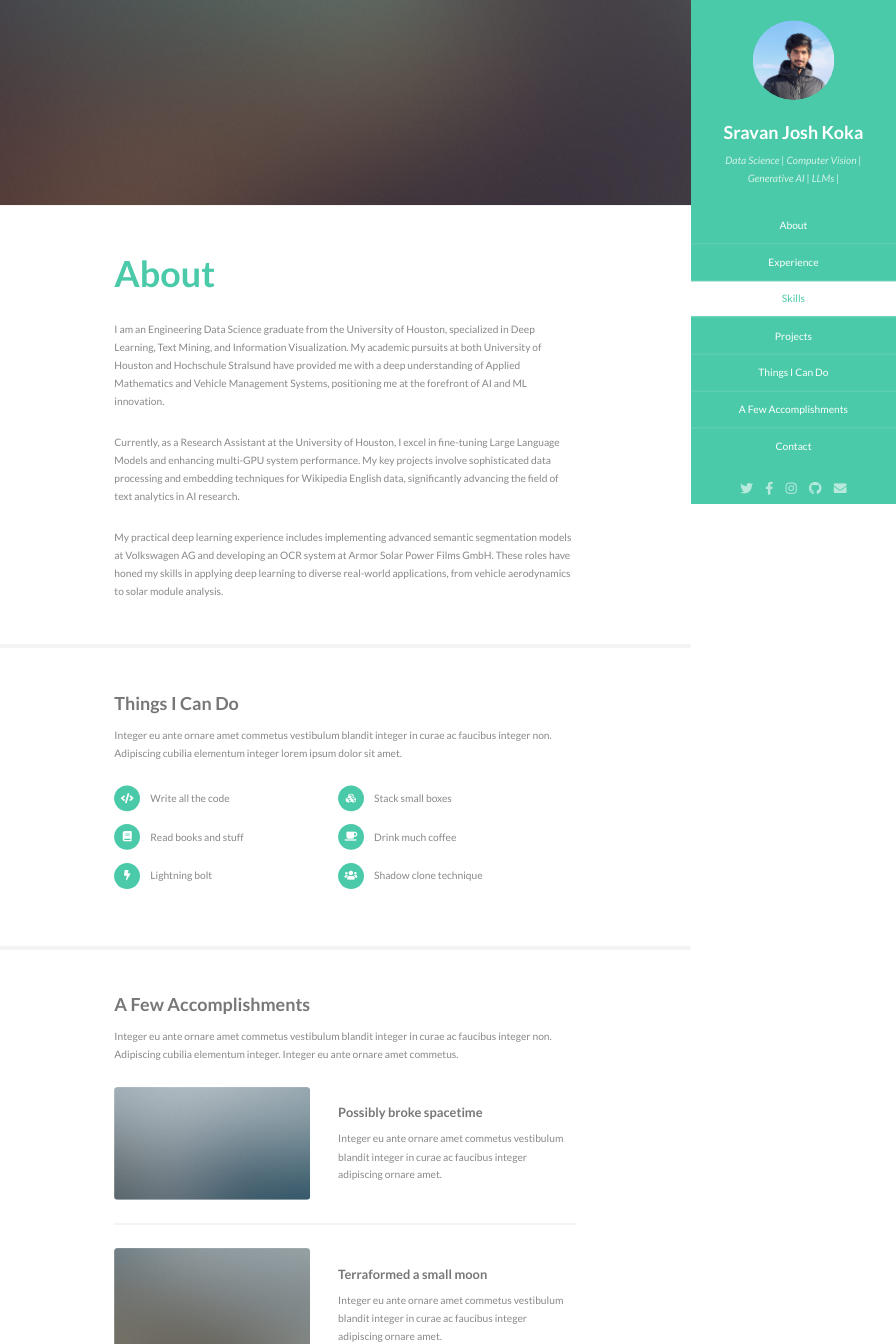
Repository: sravanjosh07/my_portfolio
Page: index.html
The author's editor kept a copy of each file at every save. The page is drawn from the files as they stood at one save, then again after the next save.
The browser window is 1280 px wide. The pictures show the part of the page from y = 0 to 1920 px (the page is 3005 px tall), at 70% of full size.

Above is the page before, as saved 2023-12-26 14:54:03.

After the next save:
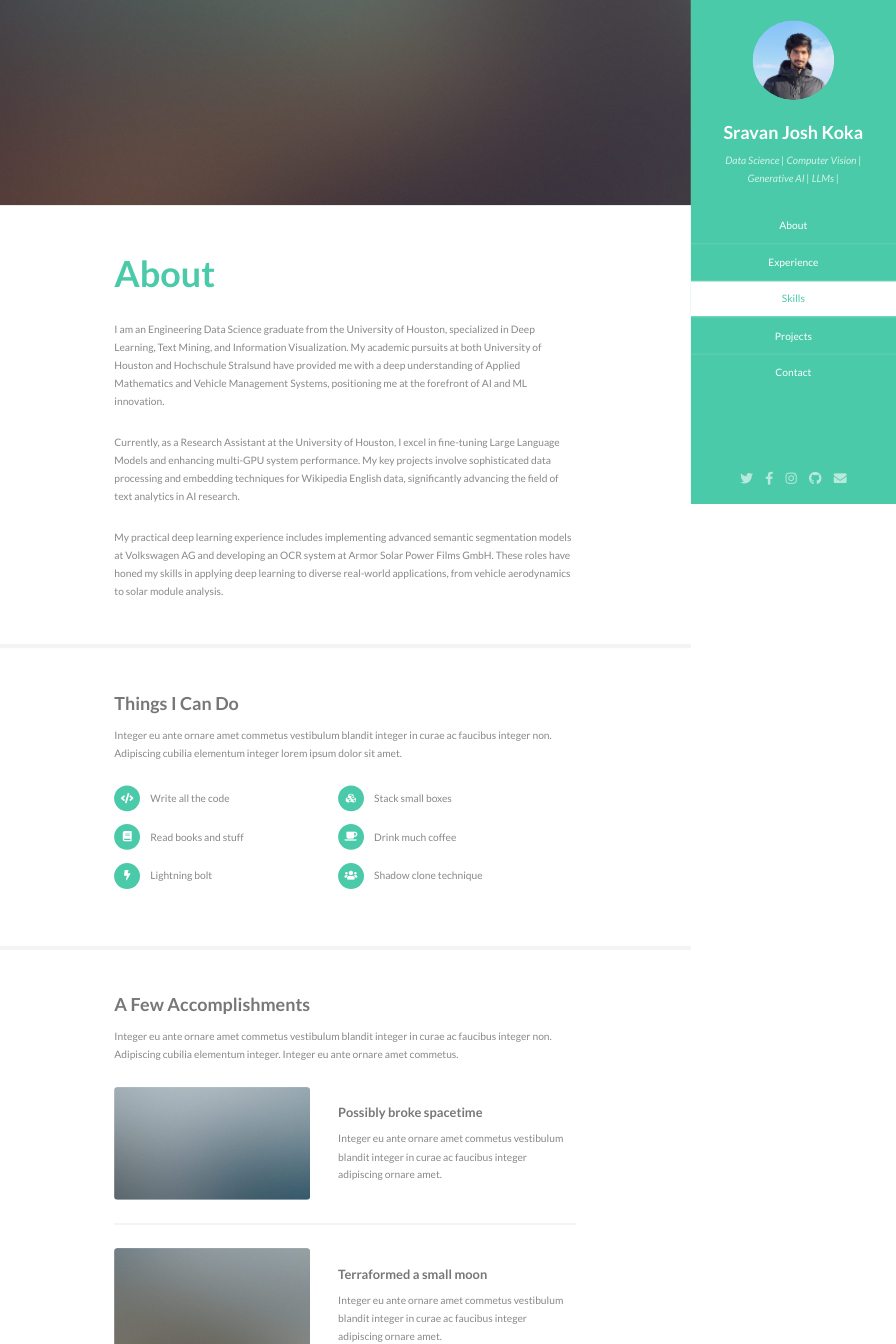
Saved 3 min 34 s later.
--- a/index.html
+++ b/index.html
@@ -27,9 +27,7 @@
 						<li><a href="#two">Experience</a></li>
 						<li><a href="#three">Skills</a></li>
 						<li><a href="#four">Projects</a></li>
-						<li><a href="#five">Things I Can Do</a></li>
-						<li><a href="#three">A Few Accomplishments</a></li>
-						<li><a href="#four">Contact</a></li>
+						<li><a href="#five">Contact</a></li>
 					</ul>
 				</nav>
 				<footer>
